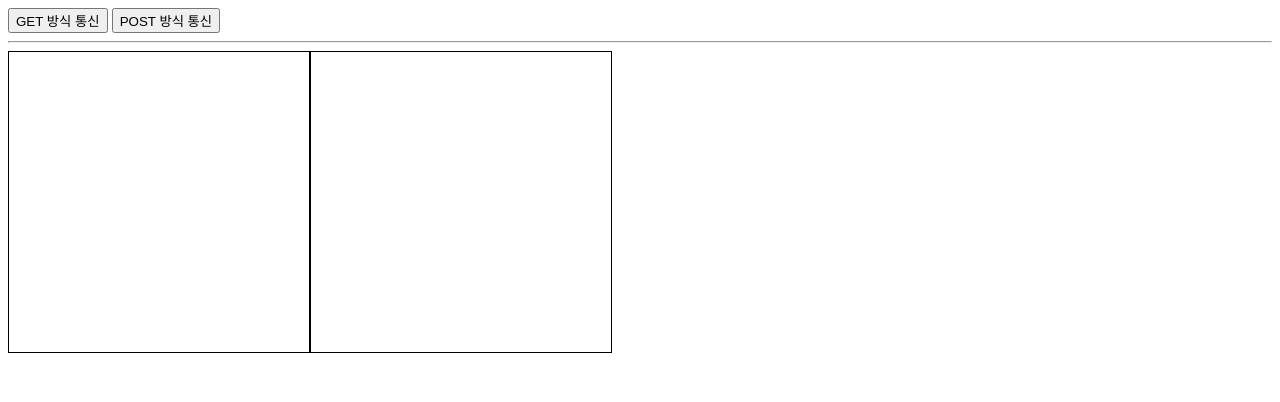
Repository: cartoon1110/KosaSwCourse
Page: workspace-web/HtmlProgramming/WebContent/ajax/ajax04.html
These files come from the project's save history. The page is drawn as it stood at one moment and after the next save; the edit follows.
The browser window is 1280 px wide. The pictures show the whole page.

Above is the page before, as saved 2015-08-29 01:27:01.

### workspace-web/HtmlProgramming/WebContent/ajax/ajax04.html
<!DOCTYPE html>
<html>
	<head>
		<meta charset="UTF-8">
		<title>Insert title here</title>
		<style type="text/css">
			#result1, #result2{
			float: left;
			}
		</style>
		<script src="jquery-1.11.3.min.js"></script>
		<script type="text/javascript">
			$(function(){
				$("#btn1").on("click", function(){

				});

				$("#btn2").on("click", function(){


				});

			});
		</script>
	</head>
	<body>
		<button id="btn1">GET 방식 통신</button>
		<button id="btn2">POST 방식 통신</button>
		<hr/>
		<div id="result1" style="width:300px;height:300px; border:1px solid black">

		</div>
		<div id="result2" style="width:300px;height:300px; border:1px solid black">

		</div>
	</body>
</html></html>

Loaded but not shown: workspace-web/HtmlProgramming/WebContent/ajax/jquery-1.11.3.min.js (library)

After the next save:
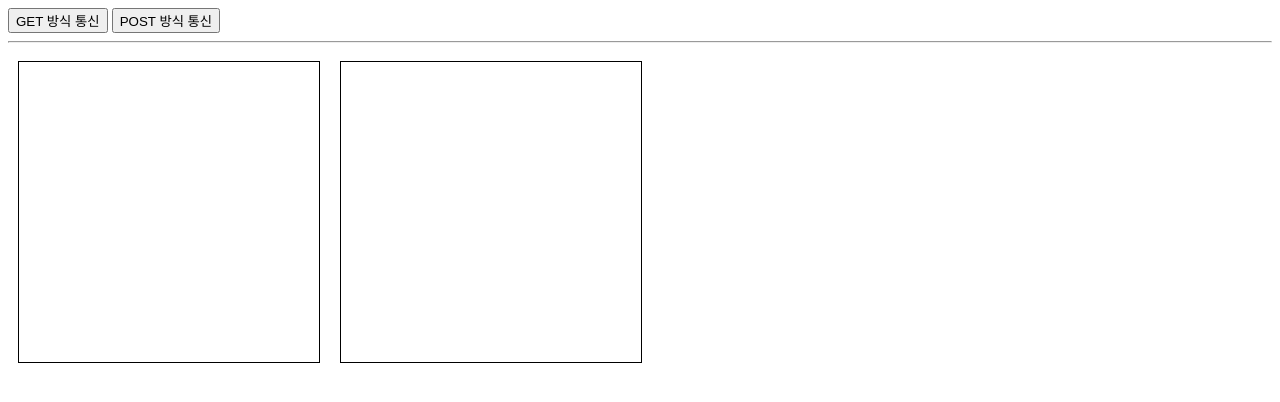
Saved 20 s later.
--- a/workspace-web/HtmlProgramming/WebContent/ajax/ajax04.html
+++ b/workspace-web/HtmlProgramming/WebContent/ajax/ajax04.html
@@ -5,7 +5,8 @@
 		<title>Insert title here</title>
 		<style type="text/css">
 			#result1, #result2{
-			float: left;
+				float: left;
+				margin: 10px;
 			}
 		</style>
 		<script src="jquery-1.11.3.min.js"></script>
@@ -28,10 +29,9 @@
 		<button id="btn2">POST 방식 통신</button>
 		<hr/>
 		<div id="result1" style="width:300px;height:300px; border:1px solid black">
+		</div>
 
-		</div>
 		<div id="result2" style="width:300px;height:300px; border:1px solid black">
-
 		</div>
 	</body>
 </html></html>
